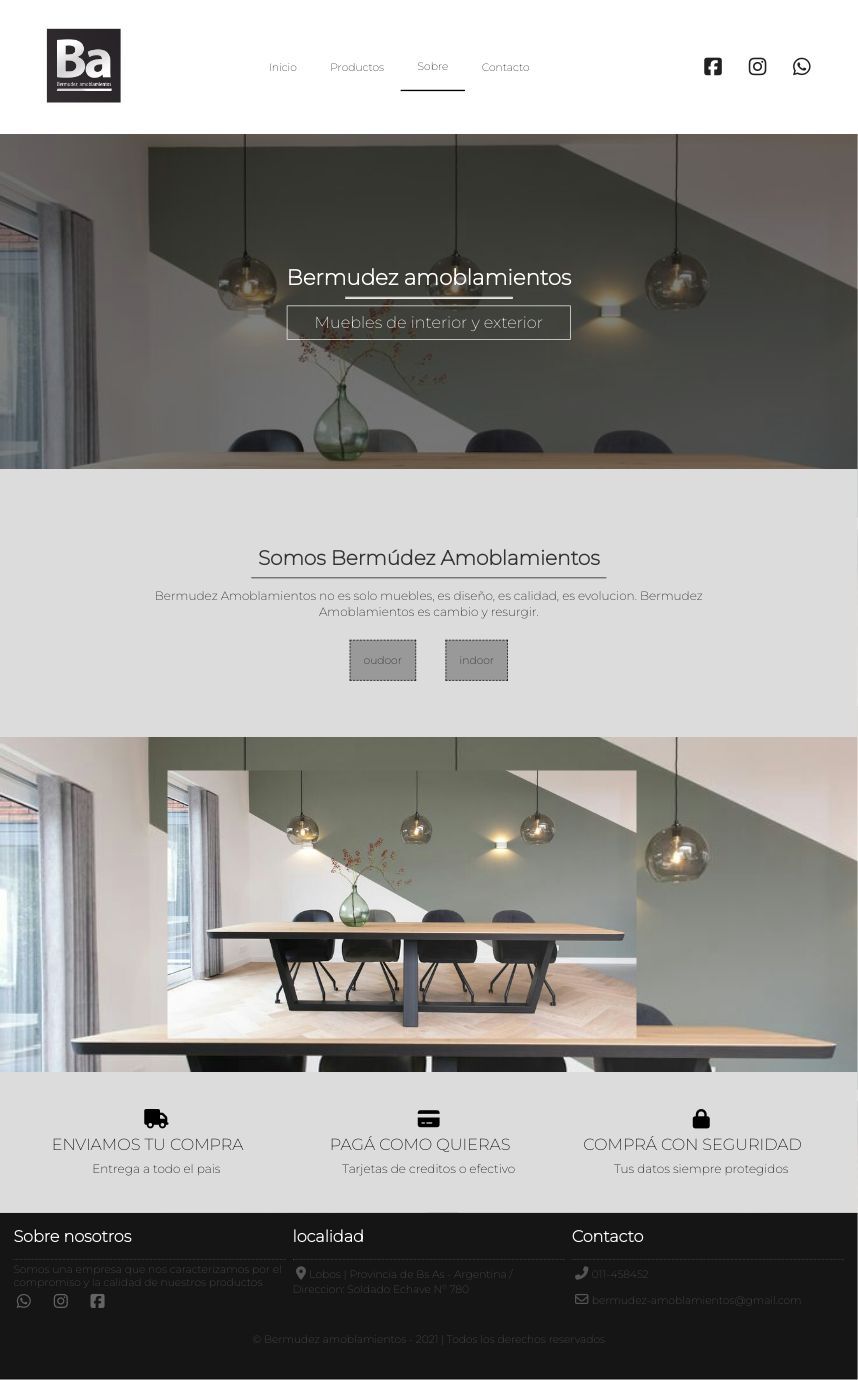
Repository: DamianBermudez94/Bermudez-amoblamientos
Page: index.html
The author's editor kept a copy of each file at every save. The page is drawn from the files as they stood at one save, then again after the next save.
The browser window is 1280 px wide. The pictures show the whole page, at 67% of full size.
Backgrounds fixed to the window are drawn as part of the page. Some web libraries are served in a nearby version.

Above is the page before, as saved 2022-09-22 18:32:06.

After the next save:
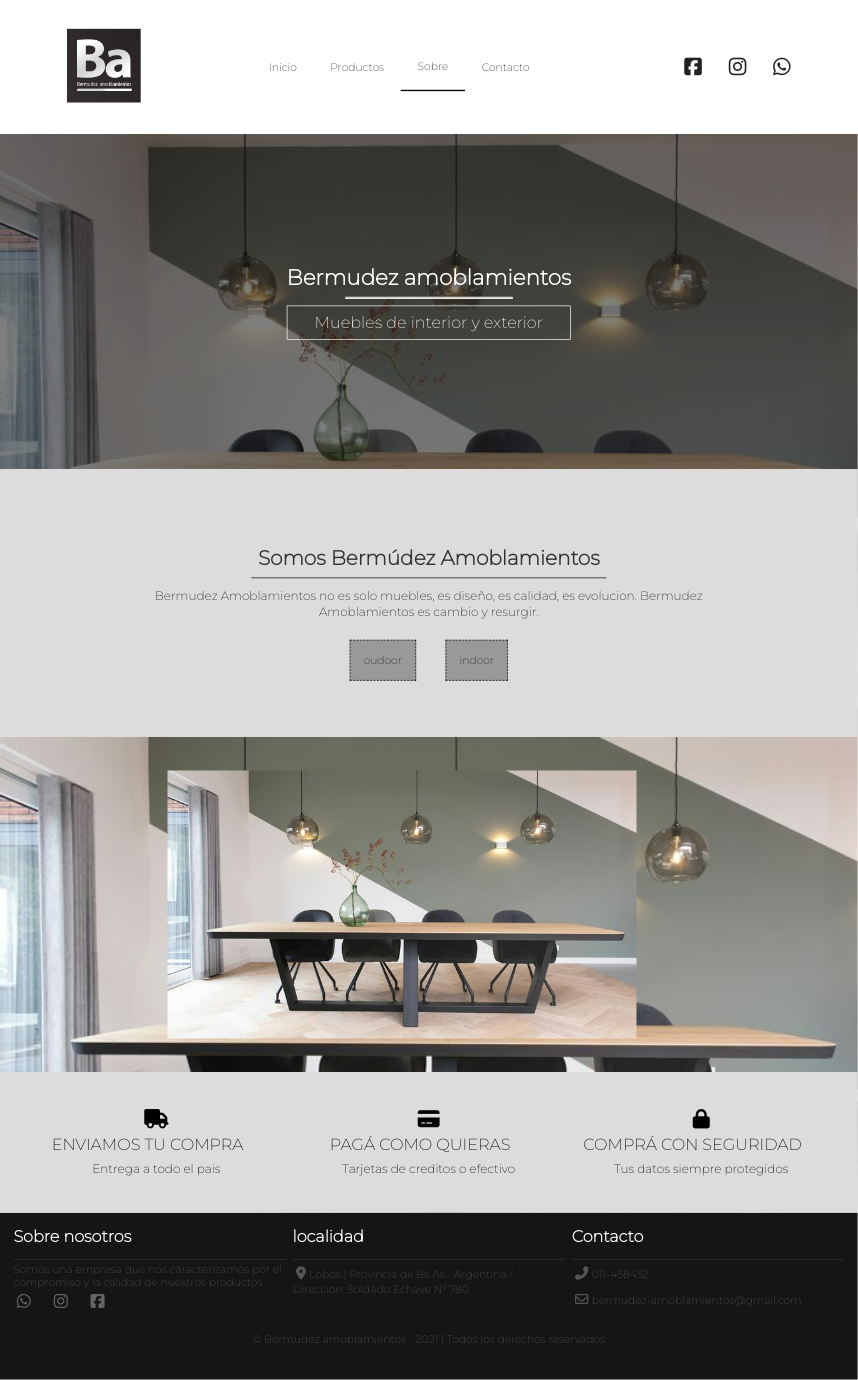
Saved 4 s later.
--- a/header/header.css
+++ b/header/header.css
@@ -214,7 +214,7 @@
     display: flex;
     align-items: center;
     justify-content: space-between;
-    padding: 50px;
+    padding: 80px;
 
 
   }
